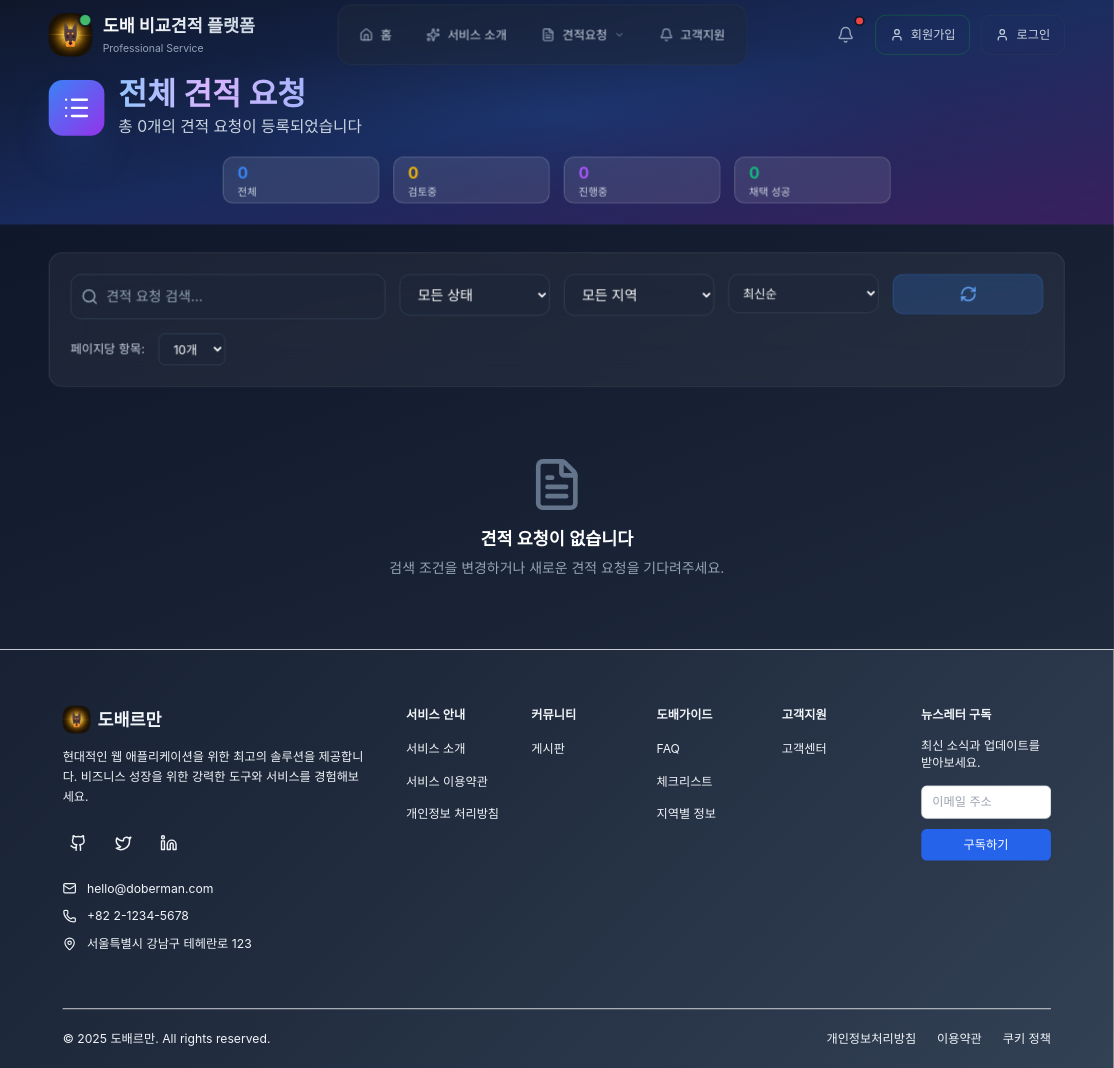
Repository: rambozzang/doberman_nextjs
Page: /quote-request/list
These files come from the project's save history. The page is drawn as it stood at one moment and after the next save; the edit follows.
The browser window is 1280 px wide. The pictures show the whole page, at 87% of full size.
The page's requests for data from a server got no answer. The project was rebuilt for these pictures with package versions that can differ from the ones it lists, and the page was loaded fresh each time. The framework's server and built-in components were replaced by stand-ins that run in the browser. No one was signed in, and anything a server would have sent is missing. Also part of the build but not shown: next.config.mjs, next.config.ts, src/components/LoginModal.tsx, src/components/RegisterModal.tsx.

Above is the page before, as saved 2025-06-24 21:41:43.

After the next save:
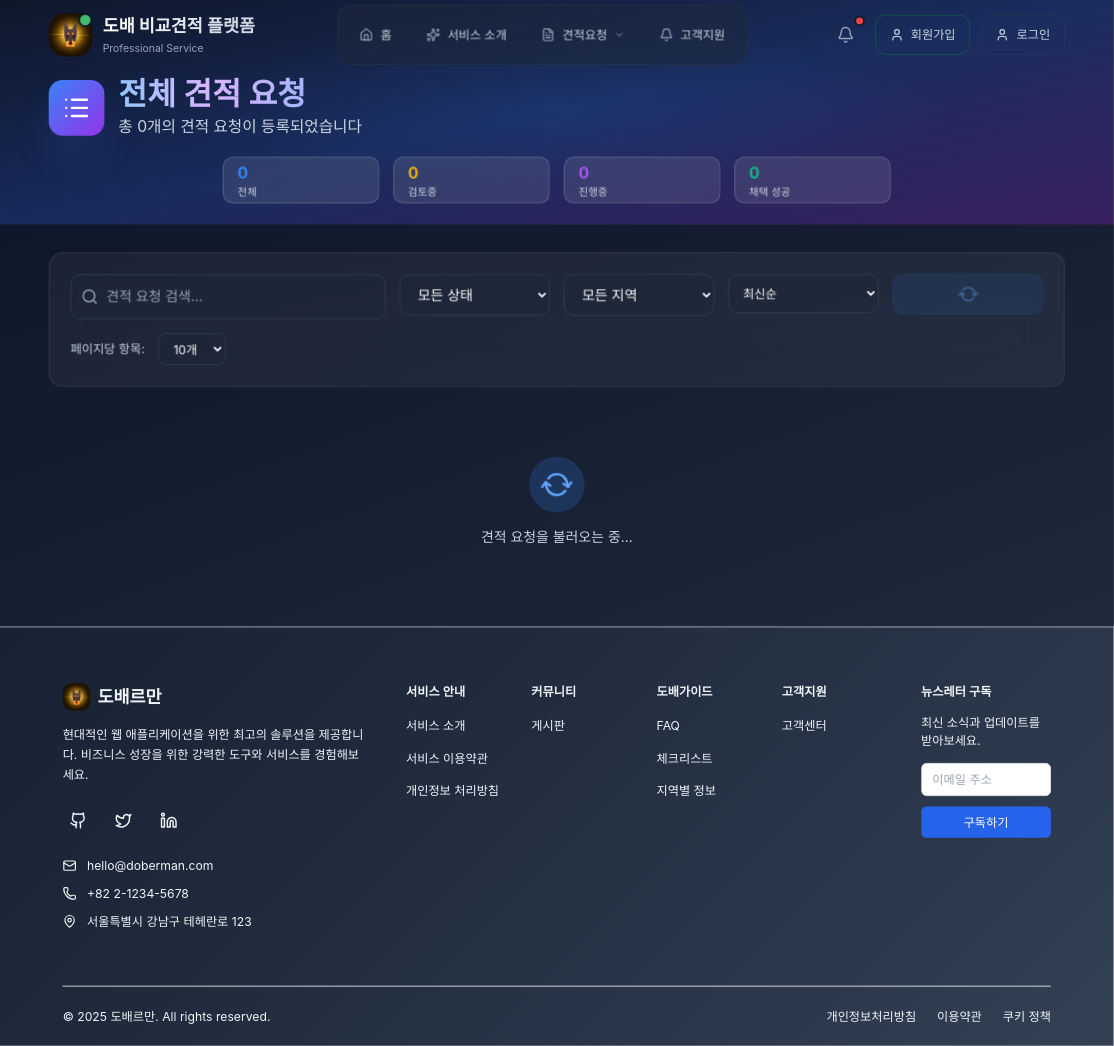
Saved 6 min 26 s later.
--- a/src/app/quote-request/list/page.tsx
+++ b/src/app/quote-request/list/page.tsx
@@ -93,9 +93,6 @@ export default function QuoteRequestListPage() {
     regions: [] as string[]
   });
 
-  const isInitialMount = useRef(true);
-  const initialLoadEffectRan = useRef(false);
-
   // API 데이터 로딩
   const loadCustomerRequests = useCallback(async (
     page: number = 0,
@@ -183,34 +180,6 @@ export default function QuoteRequestListPage() {
       setIsLoading(false);
     }
   }, []);
-
-  // 초기 데이터 로딩 (Strict Mode 대응)
-  useEffect(() => {
-    if (initialLoadEffectRan.current === false) {
-      console.log("초기 데이터 로딩 시작");
-      loadCustomerRequests(0, pageSize, "", "all", "all", sortBy, sortOrder);
-    }
-    return () => {
-      initialLoadEffectRan.current = true;
-    };
-    // eslint-disable-next-line react-hooks/exhaustive-deps
-  }, []);
-
-  // 검색/필터/정렬 변경 시 데이터 다시 로딩 (디바운싱)
-  useEffect(() => {
-    if (isInitialMount.current) {
-      isInitialMount.current = false;
-      return;
-    }
-
-    const timeoutId = setTimeout(() => {
-      console.log("필터 변경으로 인한 데이터 로딩");
-      loadCustomerRequests(0, pageSize, searchTerm, statusFilter, regionFilter, sortBy, sortOrder);
-      setCurrentPage(0);
-    }, 500);
-
-    return () => clearTimeout(timeoutId);
-  }, [searchTerm, statusFilter, regionFilter, sortBy, sortOrder, pageSize, loadCustomerRequests]);
 
   // 페이지 변경
   const handlePageChange = (newPage: number) => {
@@ -423,8 +392,6 @@ export default function QuoteRequestListPage() {
 
           {/* 견적 요청 리스트 */}
           <section>
-
-
             {isLoading ? (
               <div className="text-center py-12">
                 <div className="inline-flex items-center justify-center w-16 h-16 bg-blue-500/20 rounded-full mb-4">
